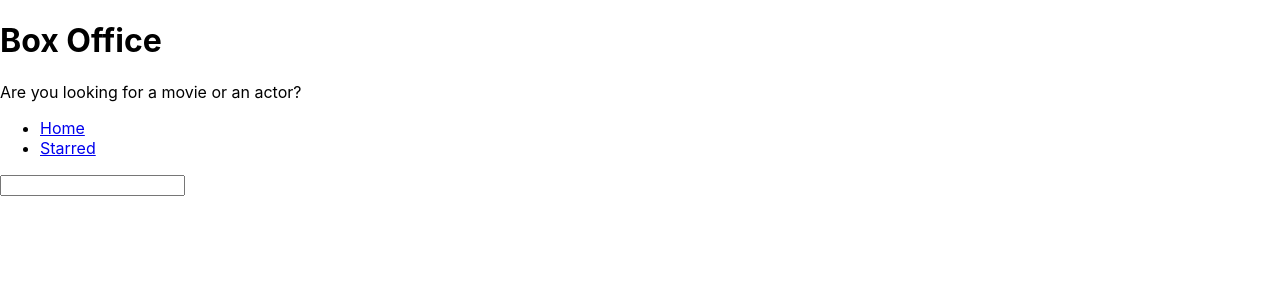
Repository: Hrishabhsinghai/box-office
Page: /
The author's editor kept a copy of each file at every save. The page is drawn from the files as they stood at one save, then again after the next save.
The browser window is 1280 px wide. The pictures show the whole page.
The project was rebuilt for these pictures with package versions that can differ from the ones it lists, and the page was loaded fresh each time. Also part of the build but not shown: src/pages/Starred.js.

Above is the page before, as saved 2022-06-29 23:28:19.

After the next save:
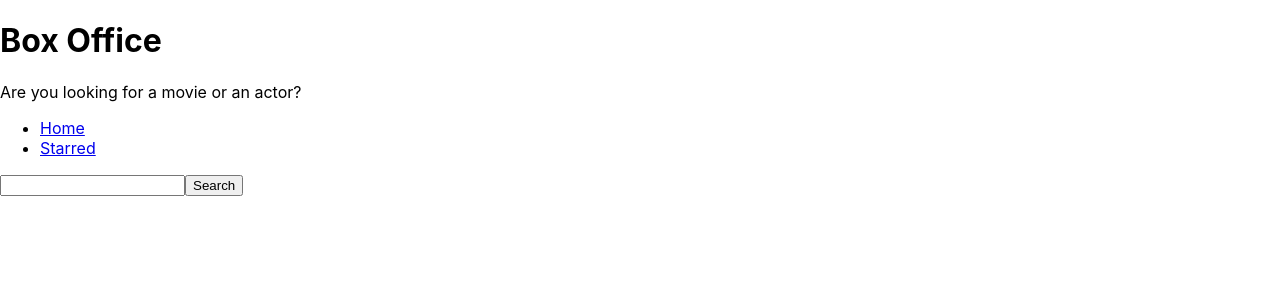
Saved 83 s later.
--- a/src/pages/Home.js
+++ b/src/pages/Home.js
@@ -10,6 +10,7 @@ const Home = () => {
   return (
     <MainPageLayout>
       <input type="text" onChange={onInputChange} value={input} />
+      <button type="button">Search</button>
     </MainPageLayout>
   );
 };
